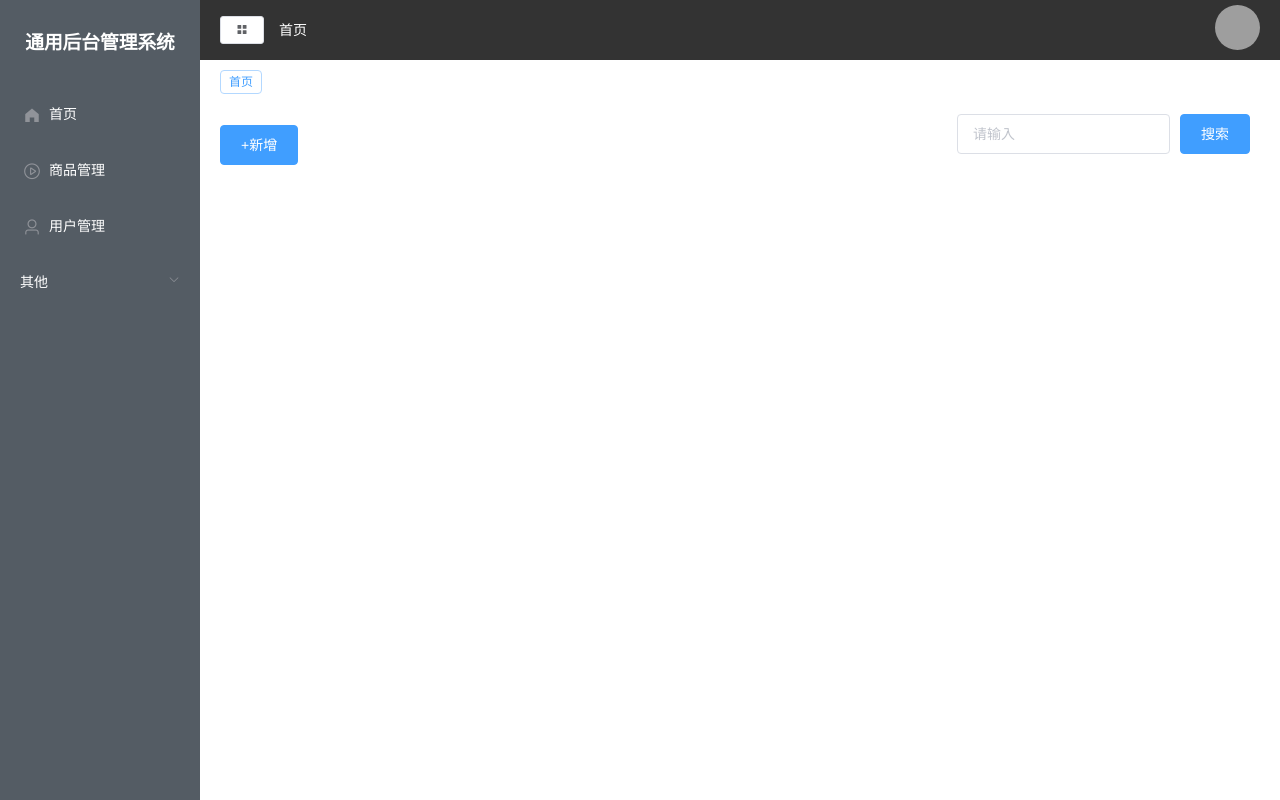
Repository: zhangwen001208/cmd
Page: /user
An editor plug-in stored every save of this project. The page is shown before and after the next save, followed by the edit.
The browser window is 1280 px wide. The pictures show the whole page.
Pictures or frames that could not be fetched are drawn as grey boxes. The project was rebuilt for these pictures with package versions that can differ from the ones it lists, and the page was loaded fresh each time. Also part of the build but not shown: vue.config.js.

Above is the page before, as saved 2022-08-31 11:37:00.

After the next save:
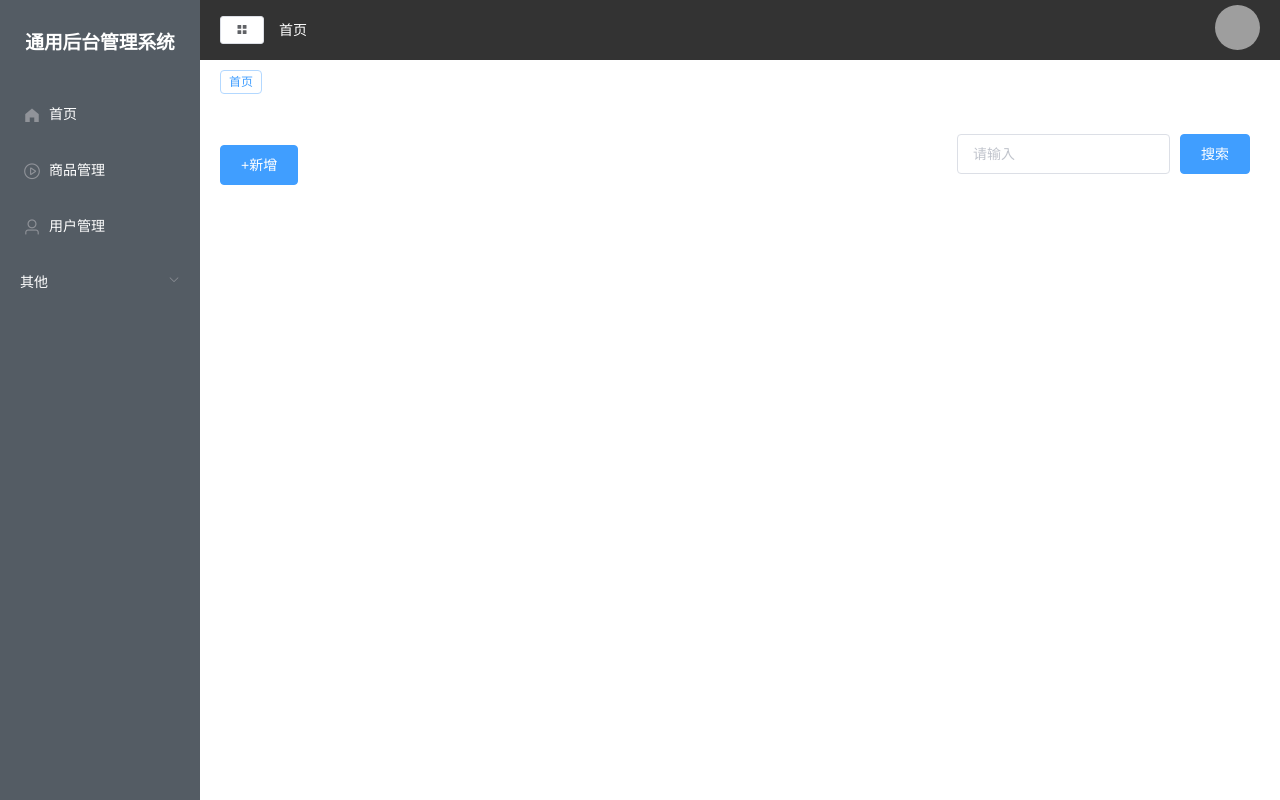
Saved 40 s later.
--- a/src/views/user/user.vue
+++ b/src/views/user/user.vue
@@ -133,6 +133,10 @@ import commonForm from '../../components/commonForm.vue'
     display: flex;
     justify-content: space-between;
     align-items: center;
+    padding-top: 20px;
+    .r-search {
+
+    }
 }
 
 </style>
